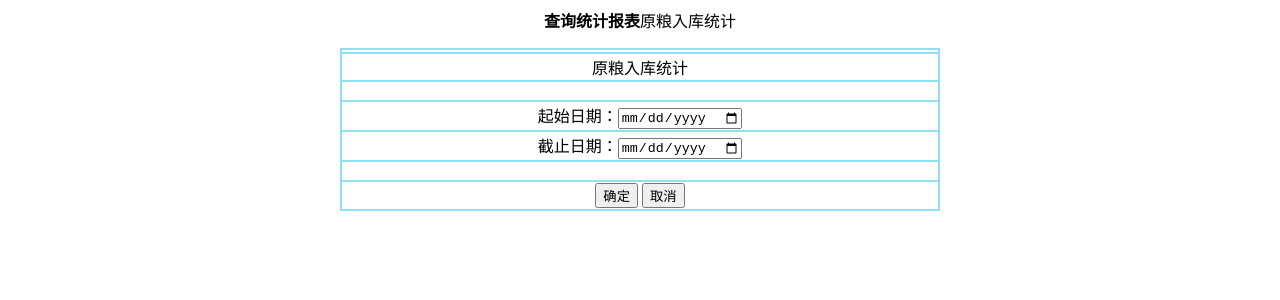
Repository: yuxingyan/OneCrewFlour
Page: http://localhost/Flour/inquireinstore.jsp
These files come from the project's save history. The page is drawn as it stood at one moment and after the next save; the edit follows.
The browser window is 1280 px wide. The pictures show the whole page.
The page is served by Tomcat 9. Nobody is signed in. The application's start-up code is not run.

Above is the page before, as saved 2018-01-11 07:09:01.

After the next save:
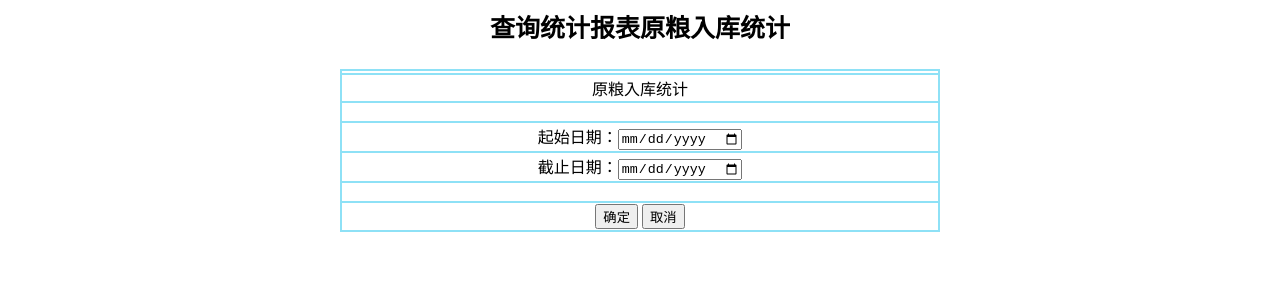
Saved 33 s later.
--- a/Flour/WebRoot/inquireinstore.jsp
+++ b/Flour/WebRoot/inquireinstore.jsp
@@ -51,7 +51,7 @@ String basePath = request.getScheme()+"://"+request.getServerName()+":"+request.
   <body>
   <center>
      <form name="form1" id="form1" action="inquireinstore" method="post">
-    <p><b>查询统计报表</b>原粮入库统计</p>
+   <strong style="font-size:25px">查询统计报表</b>原粮入库统计</p>
      <table border="1" width="600" cellspacing="0" bordercolor="#8EE1F6">
     <tr><td colspan="10" ></td></tr>
     <tr height="20px"><td align="center" colspan="4" >原粮入库统计</td></tr>
